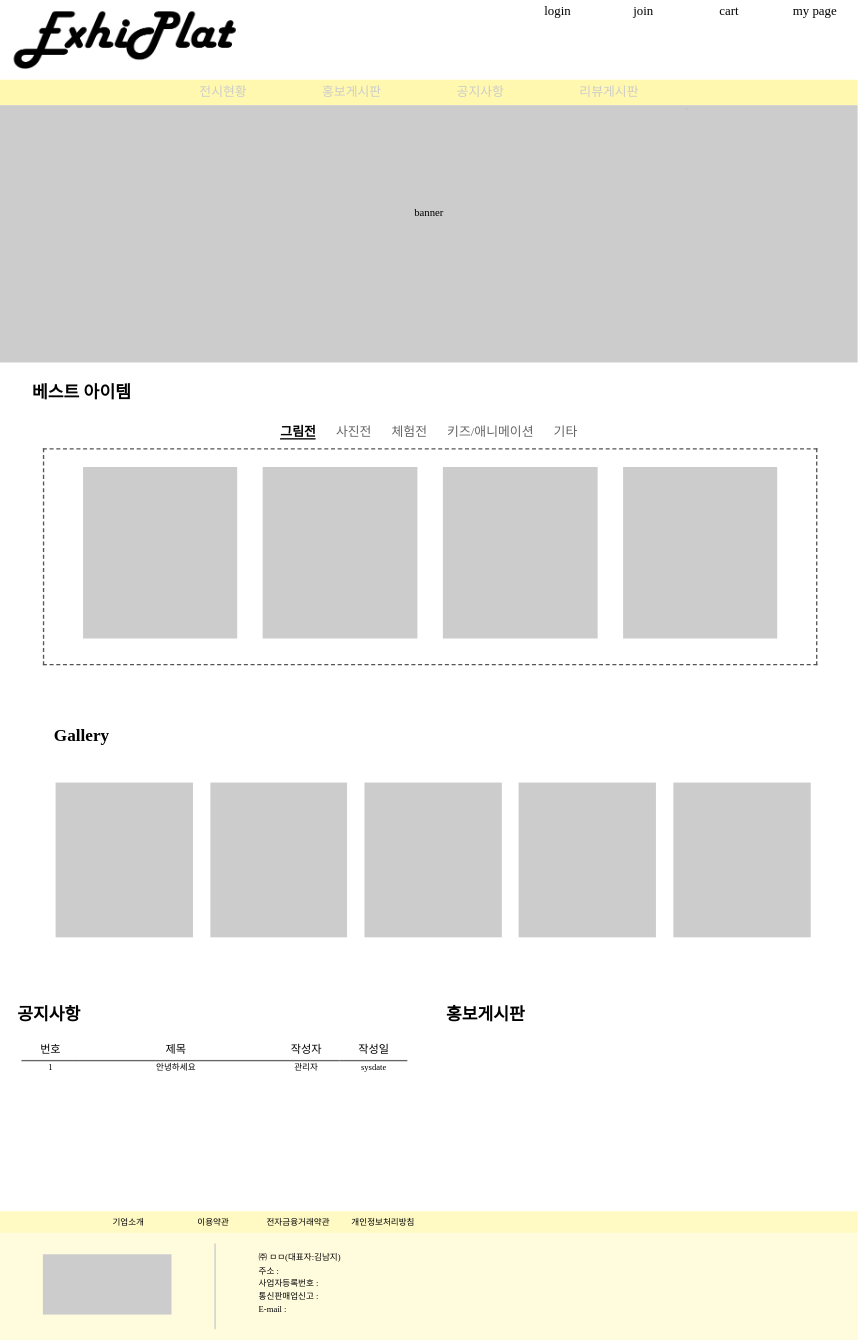
Repository: pnamjitoo/exhibition
Page: http://localhost/exhibition/source/main/index.jsp
An editor plug-in stored every save of this project. The page is shown before and after the next save, followed by the edit.
The browser window is 1280 px wide. The pictures show the whole page, at 67% of full size.
Some web fonts or font styles are not loaded; a fallback is used. Some web libraries are served in a nearby version. The page is served by Tomcat 9. Other server files are loaded and not shown.

Above is the page before, as saved 2022-09-11 00:52:33.

### exhibition/src/main/webapp/source/main/index.jsp
<%@ page language="java" contentType="text/html; charset=UTF-8"
    pageEncoding="UTF-8"%>
<!DOCTYPE html>
<html>
<head>
    <meta charset='utf-8'>
    <meta http-equiv='X-UA-Compatible' content='IE=edge'>
    <title>Page Title</title>
    <meta name='viewport' content='width=device-width, initial-scale=1'>
    <link href="${pageContext.request.contextPath}/css/reset.css?ver=1" rel="stylesheet"/>
    <link href="${pageContext.request.contextPath}/css/style.css?ver=1" rel="stylesheet"/>

    <script src="https://code.jquery.com/jquery-3.2.1.min.js"></script>
    <script src="${pageContext.request.contextPath}/js/jquery.bxslider.js" ></script>
    <script src="${pageContext.request.contextPath}/js/jquery.clickToGiveClass.js"></script>
    <script src="${pageContext.request.contextPath}/js/jquery.scrollToGiveClass.js"></script>
    <script src="${pageContext.request.contextPath}/js/jquery.slidy.js"></script>
    <script src="${pageContext.request.contextPath}/js/script.js"></script>

</head>
<body>
    <div id="wrap">
        <%@ include file="header.jsp" %>

        <main>
            <div id="main_banner">
                <span>banner</span>
            </div><!--//main_banner-->

            <div id="best_item">
                    <h2>베스트 아이템</h2>
                <div id="best_tap">
                    <ul>
                        <li>
                            <input id="tap1" type="radio" name="tap_btns" class="tap_btn" checked>
                            <label for="tap1" class="btns_name" id="btn1">그림전</label>
                            <div id="tap1_sub" class="tap_sub open">
                                <ul>
                                    <li></li>
                                    <li></li>
                                    <li></li>
                                    <li></li>
                                </ul>
                            </div>
                        </li>
                        <li>
                            <input id="tap2" type="radio" name="tap_btns" class="tap_btn">
                            <label for="tap2" class="btns_name"  id="btn2">사진전</label>
                            <div id="tap2_sub" class="tap_sub">
                                <ul>
                                    <li></li>
                                    <li></li>
                                    <li></li>
                                    <li></li>
                                </ul>
                            </div>
                        </li>
                        <li>
                            <input id="tap3" type="radio" name="tap_btns" class="tap_btn">
                            <label for="tap3" class="btns_name" id="btn3">체험전</label>
                            <div id="tap3_sub" class="tap_sub">
                                <ul>
                                    <li></li>
                                    <li></li>
                                    <li></li>
                                    <li></li>
                                </ul>
                            </div>
                        </li>
                        <li>
                            <input id="tap4" type="radio" name="tap_btns" class="tap_btn">
                            <label for="tap4" class="btns_name" id="btn4">키즈/애니메이션</label>
                            <div id="tap4_sub" class="tap_sub">
                                <ul>
                                    <li></li>
                                    <li></li>
                                    <li></li>
                                    <li></li>
                                </ul></div>
                        </li>
                        <li>
                            <input id="tap5" type="radio" name="tap_btns" class="tap_btn">
                            <label for="tap5" class="btns_name" id="btn5">기타</label>
                            <div id="tap5_sub" class="tap_sub">
                                <ul>
                                    <li></li>
                                    <li></li>
                                    <li></li>
                                    <li></li>
                                </ul>
                            </div>
                        </li>
                    </ul>
                </div><!--//best_item_info-->
            </div><!--//best_item-->

            <div id="review">
                <h2>Gallery</h2>
                <div id="review_img">
                    <ul>
                        <li></li>
                        <li></li>
                        <li></li>
                        <li></li>
                        <li></li>
                    </ul>
                </div><!--//reiv_img-->
            </div><!--//review-->

            <div id="notice">
                <h2>공지사항</h2>
                <table>
                    <tr>
                        <th>번호</th>
                        <th>제목</th>
                        <th>작성자</th>
                        <th>작성일</th>
                    </tr>
                    <tr>
                        <td>1</td>
                        <td>안녕하세요</td>
                        <td>관리자</td>
                        <td>sysdate</td>
                    </tr>
                </table>
            </div>
            <div id="pub">
                <h2>홍보게시판</h2>
            </div>
        </main><!--//main-->

        <%@include file="footer.jsp" %>
    </div><!--//wrap-->
</body>
</html>

### exhibition/src/main/webapp/source/main/header.jsp
<%@ page language="java" contentType="text/html; charset=UTF-8"
    pageEncoding="UTF-8"%>
<%@ taglib uri="http://java.sun.com/jsp/jstl/core" prefix="c"%>
<%@ page import="java.sql.*" %>
<!DOCTYPE html>
<html>
<head>
    <meta charset='utf-8'>
    <meta http-equiv='X-UA-Compatible' content='IE=edge'>
    <title>Page Title</title>
    <meta name='viewport' content='width=device-width, initial-scale=1'>
    <link href="${pageContext.request.contextPath}/css/reset.css?ver=1" rel="stylesheet"/>
    <link href="${pageContext.request.contextPath}/css/header.css?ver=1" rel="stylesheet"/>

    <script src="https://code.jquery.com/jquery-3.2.1.min.js"></script>
    <script src="${pageContext.request.contextPath}/js/jquery.bxslider.js?ver=1" ></script>
    <script src="${pageContext.request.contextPath}/js/jquery.clickToGiveClass.js?ver=1"></script>
    <script src="${pageContext.request.contextPath}/js/jquery.scrollToGiveClass.js?ver=1"></script>
    <script src="${pageContext.request.contextPath}/js/jquery.slidy.js?ver=1"></script>
    <script src="${pageContext.request.contextPath}/js/script.js?ver=1"></script>
</head>
<body>
    <div id="wrap">
        <header>
            <div id="logo">
				<img width='350' height='90' src="${pageContext.request.contextPath}/image/logo.png">
            </div><!--//logo-->
            <div id="top_menu">
                <ul>
<!-- 로그인한 사용자에게 보이는 구성,
로그아웃한 사용자에게 보이는 구성대로 나눠주세요      -->
				<!-- 로그인 정보가 없는 사용자  -->
                <%if (session.getAttribute("loginUser") == null) {%>
                    <li><a href="/exhibition/source/member/login.jsp">login</a></li>
                    <li><a href="/exhibition/source/member/regist.jsp">join</a></li>
                <%} else { %>
                <!-- 로그인 정보가 있는 사용자  -->
                	<li><a href="/exhibition/MemberServlet?command=logout">logout</a></li>
                <%} %>
                    <li><a href="/exhibition/source/pay/cart.jsp">cart</a></li>
                    <li><a href="/exhibition/MemberServlet?command=mypage">my page</a></li>
                </ul>
            </div><!--//top_menu-->
            <nav id="main_menu">
                <ul>
                    <li><a href="board.jsp">전시현황</a>
                        <div id="menu_sub">
                            <ul>
                                <li><a href="/source/board.jsp">전체보기</a></li>
                                <li><a href="board_1.jsp">그림전</a></li>
                                <li><a href="board_2.jsp">사진전</a></li>
                                <li><a href="board_3.jsp">체험전</a></li>
                                <li><a href="board_4.jsp">키즈/애니메이션</a></li>
                                <li><a href="board_5.jsp">기타</a></li>
                            </ul>
                        </div>
                    </li>
                    <li><a href="#">홍보게시판</a></li>
                    <li><a href="/exhibition/NoticeServlet?command=notice_list">공지사항</a></li>
                    <li><a href="#">리뷰게시판</a></li>
                    <li>
                    <label for="search"></label>
                    <input type="checkbox" id="search" >
                        <div id="search_bar">
                            <form>
                                <input type="text" name="search">
                                <label for="search_btn"></label>
                                <input type="submit" value="검색" id="search_btn">
                            </form>
                        </div>
                    </li>
                </ul>
            </nav><!--//main_menu-->
        </header><!--//header-->
    </div><!--//wrap-->
</body>
</html>

### exhibition/src/main/webapp/source/main/footer.jsp
<%@ page language="java" contentType="text/html; charset=UTF-8"
    pageEncoding="UTF-8"%>
<%@ taglib uri="http://java.sun.com/jsp/jstl/core" prefix="c"%>
<!DOCTYPE html>
<html>
<head>
<meta charset="utf-8">
<title>Insert title here</title>
<link href="${pageContext.request.contextPath}/css/reset.css?ver=1" rel="stlyesheet">
<link href="${pageContext.request.contextPath}/css/footer.css?ver=1" rel="stylesheet">
</head>
<body>
	<footer>
	            <div id="footer_menu">
	                <ul>
	                    <li>기업소개</li>
	                    <li>이용약관</li>
	                    <li>전자금융거래약관</li>
	                    <li>개인정보처리방침</li>
	                </ul>
	            </div><!--//footer_menu-->
	            <div class="footer_logo">

	            </div>
	            <div id="footer_info">
	                ㈜ ㅁㅁ(대표자:김남지)<br>
	                주소 : <br>
	                사업자등록번호 : <br>
	                통신판매업신고 : <br>
	                E-mail :
	            </div>
	        </footer><!--//footer-->
</body>
</html>

### exhibition/src/main/webapp/css/style.css
@charset "UTF-8";
@font-face {
    font-family: 'YUniverse-B';
    src: url('https://cdn.jsdelivr.net/gh/projectnoonnu/noonfonts_yuniverse@1.0/YUniverse-B.woff2') format('woff2');
    font-weight: normal;
    font-style: normal;
}

@font-face {
    font-family: 'HSBombaram3_Regular';
    src: url('https://cdn.jsdelivr.net/gh/projectnoonnu/noonfonts_20-10@1.1/HSBombaram3_Regular.woff') format('woff');
    font-weight: normal;
    font-style: normal;
}

main #main_banner{
    height:30vw;
    text-align: center;
    background-color: #ccc;
}
main #main_banner span{
    line-height: 25vw;
}
/* best_item */
main #best_item{
    height:40vw;
    position:relative;
}
main #best_item h2{
	font-family: 'HSBombaram3_Regular';
    display:inline-block;
    width:15%;
    height: 3vw;
    line-height:3vw;
    font-size:2vw;
    text-align:center;
    margin:2vw;
    font-weight:bold;
}

main #best_item #best_tap ul{
    font-size:0;
    text-align:center;

}
 main #best_item #best_tap li{
    display:inline-block;
    padding :0 15px;
    font-size:1.5vw;
    background-color: #fff;
    height:2vw;
    line-height: 2vw;
}
main #best_item #best_tap .tap_btn{
    display:none;
}
main #best_item #best_tap .btns_name{
    color:#666;
}
main #best_item #best_tap input:checked +label{
    color: #000;
    font-weight: bold;
    border-bottom:2px solid #000;
}

main #best_item #best_tap .tap_sub{
    display:none;
    position:absolute;
    width: 90%;
    top:10vw;
    left:5vw;
    height:25vw;
    border:2px dashed #555;

}
main #best_item #best_tap .tap_sub.open{
    display:inline-block;
}
main #best_item #best_tap .tap_sub ul{
    text-align:center;
}
main #best_item #best_tap .tap_sub li{
    display:inline-block;
    width:18vw;
    height:20vw;
    margin:2vw 1.5vw 0;
    background-color: #ccc;
    padding:0;
}

/* review */

main #review{
    height:35vw;
}

main #review h2{
    display:inline-block;
    width:15%;
    height: 3vw;
    line-height:3vw;
    font-size:2vw;
    text-align:center;
    margin:2vw;
    margin-bottom:4vw;
    font-weight:bold;
}
main #review #review_img{
    height:20vw;
}
main #review #review_img ul{
    font-size:0;

}
main #review #review_img li:first-child{
    margin-left:6.5vw;
}
main #review #review_img li{
    display:inline-block;
    width:16%;
    height:18vw;
    margin-left:2vw;
    background-color: #ccc;
}

main #notice , main #pub{
    display:inline-block;
    float:left;
    width:50%;
    height:20vw;
    margin-bottom:4vw;
}
main #notice h2, main #pub h2{
    font-size: 2vw;
    margin: 0 0 2vw 2vw;
    font-weight:bold;
}

main #notice table {
    width:90%;
    font-size:1.3vw;
    margin:0 2.5vw;
    text-align: center;
}
main #notice table th{
    border-bottom:2px solid #666;
    padding:.5vw;
}
main #notice table th:first-child{
    width:15%;
}
main #notice table th:nth-child(2){
    width:50%;
}
main #notice table td{
    height:1.5vw;
    font-size:1vw;
    line-height: 1.5vw;
}
main #notice table tr:nth-child(2n+1) td{
    background-color: #ccc;
    color:#fff;
}

### exhibition/src/main/webapp/js/jquery.scrollToGiveClass.js
/*
scrollToGiveClass 플러그인 옵션
baseline :
  'top'(기본값) - 화면의 위를 기준으로 적용
  'bottom' - 화면의 아래를 기준으로 적용
  'middle' - 화면의 가운데를 기준으로 적용
  정수 - 적용되는 위치값을 직접설정

class : 부여되는 클래스명
  'scrolled'(기본값)

add : baseline(기준)의 위치를 가감함
  정수 - 입력된 값만큼(px) 가감됨.
  실수(1>n>-1) - 입력된 값의 화면비만큼 값이 가감됨.

limit : 클래스를 적용받는 한계값의 기준
  'fixed' - 화면위에서부터 limitValue만큼 제한
  'baseline' - 적용받는 기준에서부터 limitValue만큼 제한

limitValue : 한계값
  정수

addFunction : function(){}
  - 클래스를 부여받을 때 함수를 호출함.

removeFunction : function(){}
  - 클래스가 제거될 때 함수를 호출함.

*/
;(function($){
  $.fn.scrollToGiveClass = function(options){

    var defaultOptions = {
      baseline:'top',
      class:'scrolled',
      add:0,
      limit:'',
      limitValue:0,
      addFunction:function(){},
      removeFunction:function(){}
    };

    var op = $.extend(defaultOptions,options);

    return this.each(function(){
      var $win = $(window);
      var $this = $(this);
      var this_top = $this.offset().top;//영역의 위치
      $win.on('load scroll',scrolled);

      function scrolled(){
        var win_top = $win.scrollTop();//스크롤된 위치
        var win_height = $win.outerHeight();//화면의 높이


        if(op.baseline=='bottom') win_top += win_height;
        if(op.baseline=='middle') win_top += win_height/2;
        if(!isNaN(op.baseline)) this_top = op.baseline;

        if( 1>op.add && op.add>-1 ){
          op.add = win_height * op.add;
        }

        win_top += op.add;

        var limit = true;
        if(op.limit=='fixed'){
          limit = win_top < op.limitValue;
        }
        if(op.limit=='baseline'){
          limit = win_top < this_top+op.limitValue;
        }

        if(win_top>this_top && limit){
          if(!$this.hasClass(op.class)) op.addFunction();
          $this.addClass(op.class);
        }else{
          if($this.hasClass(op.class)) op.removeFunction();
          $this.removeClass(op.class);
        }
      }//end:scrolled

    });//end:each()
  }//end:scrollClass()
})(jQuery);

### exhibition/src/main/webapp/js/script.js
;(function($){
    $(function(){
        $("#member_btn").click(function(){
            $("#member_wrap").add(this).toggleClass("open");
        });
        $("#member_close").click(function(){
            $("#member_wrap").add(this).toggleClass("open");
        });
        $("#btn1").click(function(){
            $(".tap_sub").add(this).removeClass("open");
            $("#tap1_sub").add(this).addClass("open");
        });
        $("#btn2").click(function(){
            $(".tap_sub").add(this).removeClass("open");
            $("#tap2_sub").add(this).addClass("open");
        });
        $("#btn3").click(function(){
            $(".tap_sub").add(this).removeClass("open");
            $("#tap3_sub").add(this).addClass("open");
        });
        $("#btn4").click(function(){
            $(".tap_sub").add(this).removeClass("open");
            $("#tap4_sub").add(this).addClass("open");
        });
        $("#btn5").click(function(){
            $(".tap_sub").add(this).removeClass("open");
            $("#tap5_sub").add(this).addClass("open");
        });

        $("#profile_btn").click(function(){
            $("#profile_layer").add(this).addClass("open");
            $("#cart_layer").add(this).removeClass("open");
        });
        $("#cart_btn").click(function(){
            $("#profile_layer").add(this).removeClass("open");
            $("#cart_layer").add(this).addClass("open");
        });

    });
})(jQuery);

### exhibition/src/main/webapp/css/header.css
@charset "UTF-8";

@font-face {
    font-family: 'HSBombaram3_Regular';
    src: url('https://cdn.jsdelivr.net/gh/projectnoonnu/noonfonts_20-10@1.1/HSBombaram3_Regular.woff') format('woff');
    font-weight: normal;
    font-style: normal;
}

@import url(//fonts.googleapis.com/earlyaccess/nanummyeongjo.css);

.nanummyeongjo * {
 font-family: 'Nanum Myeongjo', serif;
}

@font-face {
    font-family: 'EF_MACHO';
    src: url('https://cdn.jsdelivr.net/gh/projectnoonnu/noonfonts_2206-01@1.0/EF_MACHO.woff2') format('woff2');
    font-weight: normal;
    font-style: normal;
}

header{
        width:100%;
    }
    header #logo{
        display:inline-block;
        width:20%;
        height:7vw;
        margin:1% 0 0 1%;
        /* background-color: #ccc; */
    }
    /* top_menu */
    header #top_menu{
    	font-family: 'Nanum Myeongjo', serif;
        display:inline-block;
        float:right;
        width:50%;
        height:2.5vw;

    }
    header #top_menu ul{
        font-size:0;
        text-align: right;
    }
    header #top_menu li{
        display:inline-block;
        width:20%;
        font-size:1.5vw;
        height:2.5vw;
        text-align:center;
        line-height:2.5vw;
    }
    header #top_menu li a{
        text-decoration:none;
        color:#000;
    }
    /* main_menu */
    header #main_menu{
        height:3vw;
        margin-top:1%;
        background-color: rgb(255, 248, 174);
    }

    header #main_menu{
        text-align:center;
    }
    header #main_menu ul{
        font-size:0;
        color:#ccc;
    }
    header #main_menu li{
        display:inline-block;
        width: 15%;
        font-size:1.5vw;
        line-height:3vw;
        transition:all .2s;
        position:relative;
    }
    header #main_menu li a{
    	text-decoration:none;
    	color:#ccc;
    }
    header #main_menu #menu_sub {
        position:absolute;
        display:inline-block;
        width:100%;
        height:21vw;
        z-index: 1;
        transition:all .3s;
        left:0;
        top:3vw;
        background-color: #fff;
        opacity: 0;
        visibility: hidden;
    }
    header #main_menu li:hover #menu_sub{
        opacity: 1;
        visibility: visible;
    }
    header #main_menu #menu_sub li{
        color:#ccc;
        width:100%;
    }
    header #main_menu #menu_sub li a{
    color:#ccc;
    }
    header #main_menu #menu_sub li:hover a{
        color:#000;
    }

    header #main_menu li:last-child{
        width:3%;
    }
    header #main_menu li:hover{
        border-bottom:2px solid rgb(183, 177, 118);
        background-color: #fff;
        color:#000;
    }
    header #main_menu li:hover a{
            color:#000;
    }


    header #main_menu label{
        display: inline-block;
        width:3%;
        cursor:pointer;
        font-size:0;
        margin-bottom:0;
        height:3vw;
        position:absolute;
        background-image: url("../image/search_btn.png");
        background-size:70%;
        background-position: center;
        background-repeat: no-repeat;

    }
    header #main_menu input[type="checkbox"]{
    display:none;
    }
    header #main_menu input:checked + #search_bar{
        height:2.2vw;
    }
    /* search_bar */
    #search_bar{
        display: inline-block;
        position:absolute;
        overflow: hidden;
        top:12.5vw;
        right:12vw;
        width:15vw;
        height:0;
        transition:all .2s;
    }

    #search_bar input[type="text"]{
        width:10vw;
        height:1.5vw;
        font-size:1vw;
        vertical-align: bottom;
        border-radius: 2vw;
        border:.1vw solid #ccc;
    }
    #search_bar input[type="submit"]{
        display: none;
    }
    header #main_menu #search_bar label{
        display: inline-block;
        width:2vw;
        height:2vw;
    }

### exhibition/src/main/webapp/css/footer.css
@charset "UTF-8";
footer{
    clear:both;
    width:100%;
    height:15vw;
    background-color: rgb(255, 252, 221);

}

footer #footer_menu{

    height:2.5vw;
    background-color: rgb(255, 250, 196);
    padding-left:10%;
}
footer #footer_menu ul{font-size:0;}

footer #footer_menu li{
    display: inline-block;
    width:11%;
    height:2.5vw;

    font-size:1vw;
    text-align:center;
    line-height:2.5vw;
    position:relative;
}
footer .footer_logo{
    background-color: #ccc;
    display:inline-block;
    width:15%;
    height: 7vw;
    margin:2.5vw 5vw;
    float:left;
}

footer #footer_info{
    display:inline-block;
    width: 20%;
    border-left: 2px solid #ccc;
    float:left;
    height:8vw;
    margin-top:1.2%;
    padding:1vw 5vw;
    line-height: 1.5vw;
    font-size:1vw;
}

Loaded but not shown: exhibition/src/main/webapp/css/reset.css (common file); exhibition/src/main/webapp/js/jquery.bxslider.js (library); exhibition/src/main/webapp/js/jquery.slidy.js (library); exhibition/src/main/webapp/js/jquery.clickToGiveClass.js (87 lines, source omitted)

After the next save:
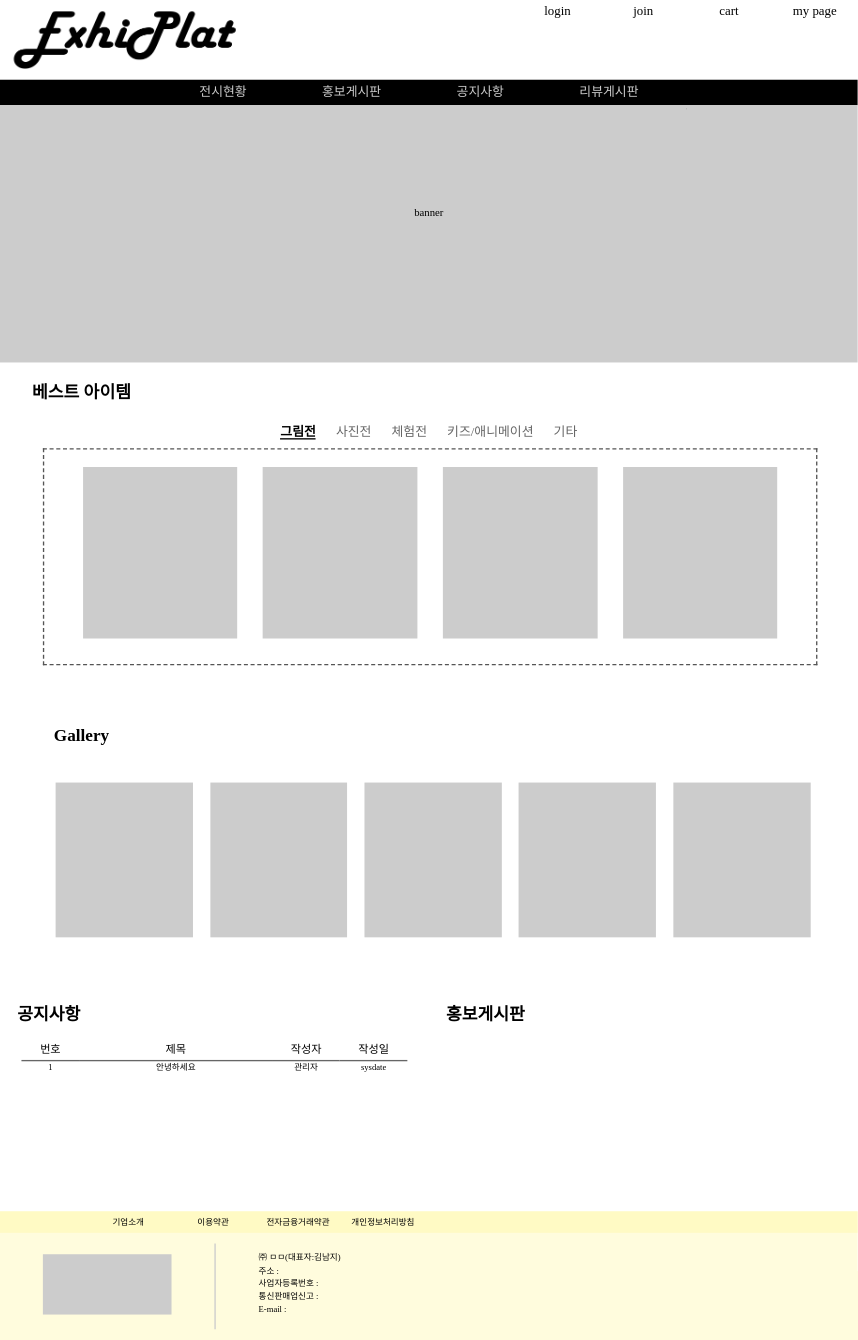
Saved 2 min 37 s later.
--- a/exhibition/src/main/webapp/css/header.css
+++ b/exhibition/src/main/webapp/css/header.css
@@ -59,7 +59,7 @@ header{
     header #main_menu{
         height:3vw;
         margin-top:1%;
-        background-color: rgb(255, 248, 174);
+        background-color: #000;
     }
 
     header #main_menu{
